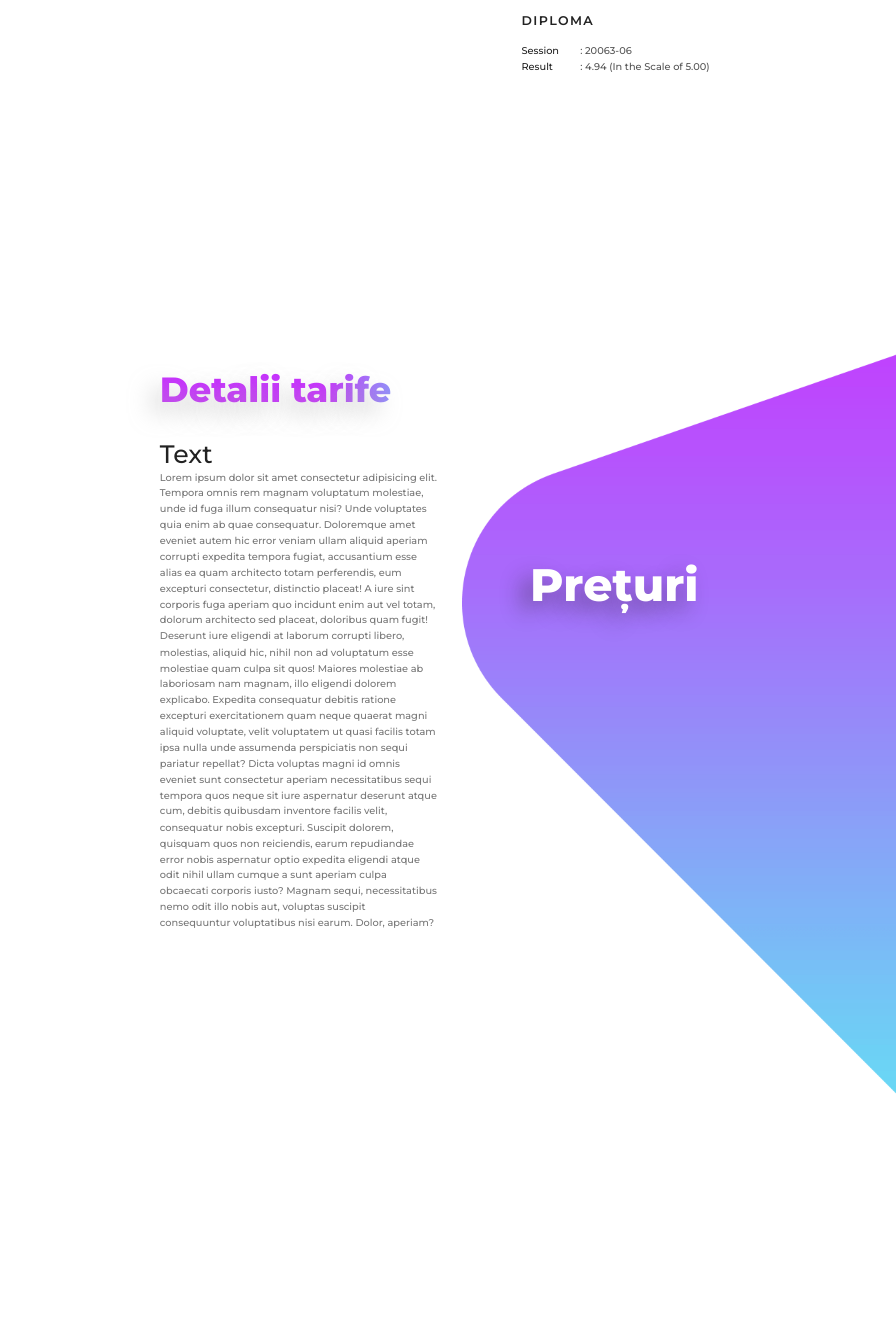
Repository: roscaImarius/site_traduceri
Page: index.html
The author's editor kept a copy of each file at every save. The page is drawn from the files as they stood at one save, then again after the next save.
The browser window is 1280 px wide. The pictures show the part of the page from y = 3098 to 5018 px (the page is 7580 px tall), at 70% of full size.

Above is the page before, as saved 2022-03-17 15:23:02.

### index.html
<!DOCTYPE html>
<html lang="en" class="no-js">
  <head>
    <meta
      name="viewport"
      content="width=device-width, initial-scale=1, shrink-to-fit=no"
    />
    <meta name="author" content="CodePixar" />
    <meta name="description" content="" />
    <meta name="keywords" content="" />
    <meta charset="UTF-8" />

    <title>Traduceri</title>

    <link
      href="https://fonts.googleapis.com/css?family=Montserrat:500,600,700,800,900"
      rel="stylesheet"
    />
    <link
      href="https://fonts.googleapis.com/css?family=Open+Sans:400,600"
      rel="stylesheet"
    />
    <!-- ===========================================
		CSS Files
    ============================================= -->
    <link rel="stylesheet" href="css/font-awesome.min.css" />
    <link rel="stylesheet" href="css/bootstrap.css" />
    <link rel="stylesheet" href="css/main.css" />
  </head>

  <body class="version5" id="top">
    <div class="se-pre-con"></div>

    <!--================ Start Banner Area =================-->
    <section class="home-area" id="home">
      <div class="banner-area relative">
        <div class="container-fluid">
          <div class="row justify-content-center height align-items-center">
            <div class="col-lg-5 col-md-6 col-sm-12">
              <div class="banner-img">
                <img class="img-fluid" src="img/banner-img5.jpg" alt="" />
              </div>
            </div>
            <div class="col-lg-5 col-md-6 col-sm-12">
              <div class="banner-content text-right">
                <h4 class="mb-30 hello text-uppercase text-white">
                  Salut, noi suntem
                </h4>
                <h1 class="name">Catrina Traduceri</h1>
                <p class="mt-5 h6 pHome dark">
                  Ne numărăm printre foarte puținii traducători autorizați de
                  Ministerul Justiției din România pentru traduceri din limbile
                  slave, de nisă: cehă, slovacă și ucraineană.
                </p>
              </div>
            </div>
          </div>
        </div>
      </div>
    </section>
    <!--================Header Menu Area =================-->
    <header class="header_area" id="header5">
      <div class="main_menu">
        <nav class="navbar navbar-expand-lg">
          <div class="container-fluid">
            <!-- Brand and toggle get grouped for better mobile display -->
            <a class="navbar-brand logo_h" href="index.html"
              ><img class="logoo" src="img/logo5_1.png" alt=""
            /></a>
            <button
              class="navbar-toggler"
              type="button"
              data-toggle="collapse"
              data-target="#navbarSupportedContent"
              aria-controls="navbarSupportedContent"
              aria-expanded="false"
              aria-label="Toggle navigation"
            >
              <i class="fas fa-bars"></i>
            </button>
            <!-- Collect the nav links, forms, and other content for toggling -->
            <div
              class="collapse navbar-collapse offset"
              id="navbarSupportedContent"
            >
              <ul class="nav navbar-nav menu_nav ml-auto nav5">
                <li class="nav-item active5">
                  <a class="nav-link" href="#home">Acasă</a>
                </li>
                <li class="nav-item">
                  <a class="nav-link" href="#about">Despre</a>
                </li>
                <li class="nav-item">
                  <a class="nav-link" href="#resume">Curriculum Vitae</a>
                </li>
                <li class="nav-item">
                  <a class="nav-link" href="#portfolio">prețuri</a>
                </li>
                <li class="nav-item">
                  <a class="nav-link" href="#contact">contact</a>
                </li>
              </ul>

              <!-- SOCIAL MEDIA -->
              <ul class="nav navbar-nav social-icons">
                <li class="nav-item">
                  <a href="https://www.facebook.com/catrina.traduceri">
                    <i class="fab fa-facebook-f"></i>
                  </a>
                </li>
                <li class="nav-item">
                  <a
                    href="https://www.linkedin.com/in/ionut-catrina-405244178/"
                  >
                    <i class="fab fa-linkedin"></i>
                  </a>
                </li>
                <li class="nav-item">
                  <a href="#">
                    <i class="fab fa-youtube"></i>
                  </a>
                </li>
              </ul>
            </div>
          </div>
        </nav>
      </div>
    </header>

    <!--================ Start About Area =================-->
    <section class="about-area section-gap-top-5 relative" id="about">
      <div class="container-fluid">
        <div class="row row-reverse">
          <div class="offset-lg-2 col-lg-4 col-md-12">
            <h2 class="heading mb-40">Lucrați cu profesioniști!</h2>
            <p>
              Întreprindere de familie cu capital 100% românesc si cu o
              experiență de peste
              <span style="font-weight: bold">13 ani</span> în domeniul
              traducerilor, activăm cu pasiune, profesionalism și
              responsabilitate și vă oferim traduceri
              <span style="font-weight: bold"> autorizate și legalizate</span>
              în principal din limbi
              <span style="font-weight: bold">slave</span>: cehă, slovacă și
              ucraineană, dar și din cele mai importante limbi de circulație
              internațională: engleza și franceza. <br />
            </p>
            <p>
              Suntem absolvenți ai uneia dintre cele mai bune facultăți a
              Universității din București,<span style="font-weight: bold">
                Facultatea de Limbi și Literaturi străine</span
              >, filologi specializați în domeniul traducerilor ca urmare a
              absolvirii Masteratului de Studii Culturale Slave și Traductologie
              și a numeroase burse de specializare în țările din a căror limbă
              traducem. - Avem o colaborare de lungă durată, bazată pe
              <span style="font-weight: bold">
                profesionalism și seriozitate</span
              >, cu Birouri Notariale, Instanțe judecătorești, organe de
              urmărire penală, avocați. - Nu ezitați să ne contactați pentru o
              cotație de preț pentru traduceri autorizate și legalizate din
              aceste limbi. Lucrând în familie și între prieteni, vă putem
              garanta prețuri corecte, care ajung într-o proporție echitabilă la
              traducătorul care le realizează și care are cea mai importantă
              contribuție la documentul final.
            </p>
            <!-- <p>
              ( Activitatea în acest domeniu de nișă ne-a dat posibilitatea să
              cunoaștem și să recunoaștem cei mai buni traducători autorizați
              profesioniști din următoarele limbi slave: cehă, slovacă,
              ucraineană, rusă, slovenă, croată, sârbă, bulgară, polonă. ??
              sigur ramane?)
            </p> -->
            <p>
              Oferim și: <br />
              <span style="font-weight: bold">-cursuri de limbă română</span>
              pentru străini, <br />
              <span style="font-weight: bold"
                >-cursuri de limbă cehă sau limba slovacă</span
              >
              pentru orice nivel de limbă. <br />
            </p>
            <p>
              Ne putem adapta nevoilor Dvs. și vă putem ajuta cu
              <span style="font-weight: bold">training-uri</span> de limbă cehă
              sau slovacă pentru anumite domenii sau specializări.
            </p>
            <!-- <p class="mb-50" style="text-indent: 20pt">
              &middot; În anul 2009 am absolvit Masteratul de Studii Culturale
              Slave și Traductologie în cadrul Universității din București.
              Traducător autorizat de Ministerul Justiției din România încă din
              anul 2008, realizez traduceri /legalizate notarial, autorizate cu
              semnătura și ștampila mea sau traduceri simple. Studiile și
              experiența acumulată mă ajută să găsesc soluții la cele mai
              diferite situații lingvistice și să transpun cât mai fidel în
              limba țintă documentul de tradus. Pot traduce documente din orice
              domeniu, de la documente juridice până la documente tehnice și
              medicale.
            </p> -->
          </div>

          <div class="col-lg-6 p-0 col-md-12">
            <div class="right-side">
              <h2 class="text-white right-heading">Despre</h2>
            </div>
          </div>
        </div>
      </div>
    </section>

    <!--================ Start Experience Area =================-->
    <section class="experience-area relative" id="resume">
      <div class="container-fluid">
        <div class="row">
          <div class="col-lg-6 p-0 col-md-12">
            <div class="left-side">
              <h2 class="text-white indented cv left-heading">C.V.</h2>
            </div>
          </div>

          <div class="xpDiv col-lg-4 md-mr col-md-12">
            <h2 class="heading mb-80">Experiență</h2>
            <div class="resume-content">
              <div class="work-exp mb-50">
                <p>
                  Am o colaborare de lungă durată, bazată pe profesionalism, cu
                  Birouri Notariale, Tribunale, Poliția Română și numeroase
                  birouri de traduceri și firme din București și din toată țara.
                  În urma absolvirii unui curs specializat, am obținut
                  calificarea de trainer de limba română pentru străini.
                  Experiență în domeniul Proiectelor finanțate din fonduri
                  europene (POSDRU). In perioada 1.7.2010 - 1.11.2013 am ocupat
                  pozitia de Responsabil vizite de studiu – schimb de experiență
                  în cadrul unor proiecte transnaționale (între România și
                  Republica Cehă).
                </p>
              </div>

              <h2 class="heading mt-120 mb-80">Education</h2>
              <div class="study">
                <h4 class="subject">Master</h4>
                <p>
                  <span class="title">Session</span>
                  <span class="info">: 2010-11</span>
                </p>
                <p>
                  <span class="title">Result</span>
                  <span class="info">: 3.78 (In the Scale of 4.00)</span>
                </p>
              </div>

              <div class="study">
                <h4 class="subject">Bachelor</h4>
                <p>
                  <span class="title">Session</span>
                  <span class="info">: 2006-09</span>
                </p>
                <p>
                  <span class="title">Result</span>
                  <span class="info">: 3.40 (In the Scale of 4.00)</span>
                </p>
              </div>

              <div class="study">
                <h4 class="subject">Diploma</h4>
                <p>
                  <span class="title">Session</span>
                  <span class="info">: 20063-06</span>
                </p>
                <p>
                  <span class="title">Result</span>
                  <span class="info">: 4.94 (In the Scale of 5.00)</span>
                </p>
              </div>
            </div>
          </div>
        </div>
      </div>
    </section>

    <!--================ Start PRICE Area =================-->
    <section class="price-area section-gap-top-5 relative" id="portfolio">
      <div class="container-fluid">
        <div class="row row-reverse">
          <div class="divFaraPret offset-lg-2 col-lg-4 col-md-12">
            <h2 class="heading mb-40">Detalii tarife</h2>
            <h1>Text</h1>
            <p>
              Lorem ipsum dolor sit amet consectetur adipisicing elit. Tempora
              omnis rem magnam voluptatum molestiae, unde id fuga illum
              consequatur nisi? Unde voluptates quia enim ab quae consequatur.
              Doloremque amet eveniet autem hic error veniam ullam aliquid
              aperiam corrupti expedita tempora fugiat, accusantium esse alias
              ea quam architecto totam perferendis, eum excepturi consectetur,
              distinctio placeat! A iure sint corporis fuga aperiam quo incidunt
              enim aut vel totam, dolorum architecto sed placeat, doloribus quam
              fugit! Deserunt iure eligendi at laborum corrupti libero,
              molestias, aliquid hic, nihil non ad voluptatum esse molestiae
              quam culpa sit quos! Maiores molestiae ab laboriosam nam magnam,
              illo eligendi dolorem explicabo. Expedita consequatur debitis
              ratione excepturi exercitationem quam neque quaerat magni aliquid
              voluptate, velit voluptatem ut quasi facilis totam ipsa nulla unde
              assumenda perspiciatis non sequi pariatur repellat? Dicta voluptas
              magni id omnis eveniet sunt consectetur aperiam necessitatibus
              sequi tempora quos neque sit iure aspernatur deserunt atque cum,
              debitis quibusdam inventore facilis velit, consequatur nobis
              excepturi. Suscipit dolorem, quisquam quos non reiciendis, earum
              repudiandae error nobis aspernatur optio expedita eligendi atque
              odit nihil ullam cumque a sunt aperiam culpa obcaecati corporis
              iusto? Magnam sequi, necessitatibus nemo odit illo nobis aut,
              voluptas suscipit consequuntur voluptatibus nisi earum. Dolor,
              aperiam?
            </p>
          </div>

          <div class="divPreturi col-lg-6 p-0 col-md-12">
            <div class="right-side">
              <h2 class="text-white right-heading">Prețuri</h2>
            </div>
          </div>
        </div>
      </div>
    </section>

    <!--================ Start CONTACT Area =================-->
    <section class="client-area relative" id="contact">
      <div class="container-fluid">
        <div class="row">
          <div class="col-lg-6 p-0 col-md-12">
            <div class="left-side">
              <h2 class="text-white left-heading">Contact</h2>
            </div>
          </div>

          <div class="contactDiv offset-lg-2 col-lg-4 col-md-12">
            <div class="form-area text-left">
              <h5><i>Telefon:</i></h5>
              <p>+40 726 471 135 <br /></p>
            </div>

            <div class="form-area text-left">
              <h5><i>E-mail:</i></h5>
              <p>catrina.traduceri@yahoo.com</p>
            </div>

            <div class="form-area adresa text-left">
              <h5><i>Adresă:</i></h5>
              <p>
                Calea Dorobantilor nr. 135-145, bl. 10, sc. C, Ap. 156, sector
                1, Bucuresti.
              </p>
            </div>
            <img class="mapa" src="./img/mapa.png" alt="" />
            <img class="mapa" src="./img/mapa.png" alt="" />
            <img class="mapa" src="./img/mapa.png" alt="" />
          </div>
        </div>
      </div>
    </section>

    <!--= Start Scroll to Top Area ########## -->
    <div id="back-top">
      <a title="Go to Top" href="#">
        <i class="fas fa-angle-up"></i>
      </a>
    </div>

    <script src="js/vendor/jquery-2.2.4.min.js"></script>
    <!-- <script src="js/popper.min.js"></script> -->
    <script src="js/vendor/bootstrap.min.js"></script>
    <script src="js/jquery.ajaxchimp.min.js"></script>
    <script src="js/counter-up.js"></script>
    <script src="js/isotope.pkgd.min.js"></script>
    <script src="js/waypoints.min.js"></script>
    <script src="js/main.js"></script>
  </body>
</html>

Loaded but not shown: css/font-awesome.min.css (library); css/bootstrap.css (library); js/vendor/jquery-2.2.4.min.js (library); js/vendor/bootstrap.min.js (library); js/jquery.ajaxchimp.min.js (library); js/isotope.pkgd.min.js (library); js/waypoints.min.js (library); js/main.js (150 lines, source omitted); js/counter-up.js (8 lines, source omitted); css/main.css (1568 lines, source omitted)

After the next save:
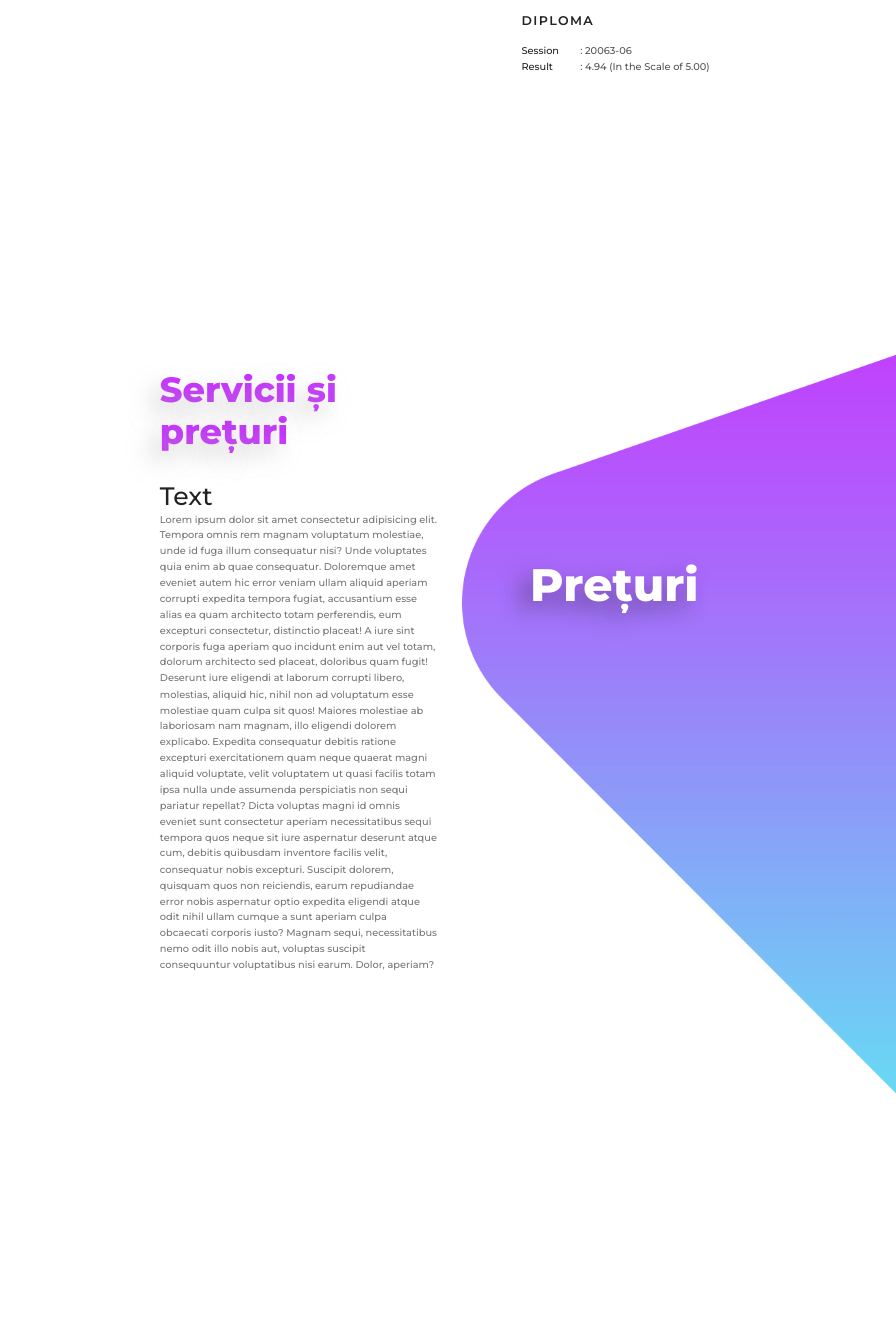
Saved 24 min 21 s later.
--- a/index.html
+++ b/index.html
@@ -282,7 +282,7 @@
       <div class="container-fluid">
         <div class="row row-reverse">
           <div class="divFaraPret offset-lg-2 col-lg-4 col-md-12">
-            <h2 class="heading mb-40">Detalii tarife</h2>
+            <h2 class="heading mb-40">Servicii și prețuri</h2>
             <h1>Text</h1>
             <p>
               Lorem ipsum dolor sit amet consectetur adipisicing elit. Tempora
